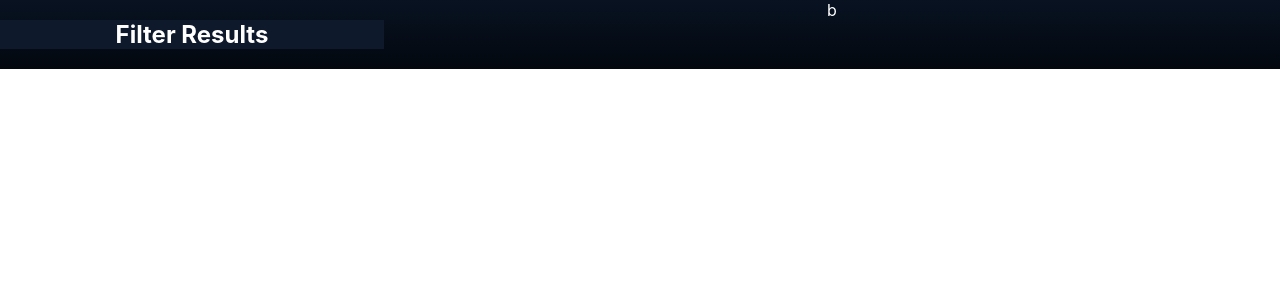
Repository: seyicoded/testestech
Page: /
An editor plug-in stored every save of this project. The page is shown before and after the next save, followed by the edit.
The browser window is 1280 px wide. The pictures show the whole page.
The project was rebuilt for these pictures with package versions that can differ from the ones it lists, and the page was loaded fresh each time.

Above is the page before, as saved 2022-02-07 13:37:10.

### src/App.js
import logo from './logo.svg';
import './App.css';

function App() {
  return (
    <div className="App">
      <div className="Container">

        <div className='left'>
          <div className='card'>
            <h2>Filter Results</h2>
          </div>
        </div>

        <div className='right'>
          b
        </div>

      </div>
    </div>
  );
}

export default App;

### src/App.css
.App {
  text-align: center;
  width: 100%;
  height: 100%;
  flex: 1;
}

/* .App-logo {
  height: 40vmin;
  pointer-events: none;
} */

/* @media (prefers-reduced-motion: no-preference) {
  .App-logo {
    animation: App-logo-spin infinite 20s linear;
  }
} */

/* .App-header {
  background-color: #282c34;
  min-height: 100vh;
  display: flex;
  flex-direction: column;
  align-items: center;
  justify-content: center;
  font-size: calc(10px + 2vmin);
  color: white;
} */

.App-link {
  color: #61dafb;
}

@keyframes App-logo-spin {
  from {
    transform: rotate(0deg);
  }
  to {
    transform: rotate(360deg);
  }
}

.Container{
  display: flex;
  flex: 1;
  height: 100%;
  width: 100%;
  flex-direction: row;
  /* background: Vertical linear-gradient #081221 to #03080f; */
  background: linear-gradient( to bottom,#081221, #03080f);
  padding: 15;
  color: white;
}

.Container .left{
  width: 30%;
  height: 100%;
}

.Container .right{
  flex: 1;
  height: 100%;
}

.Container .left .card{
  padding: 15;
  background: #0e1a2b;
}

Loaded but not shown: public/index.html (common file); src/index.js (common file); src/index.css (common file); src/reportWebVitals.js (common file)

After the next save:
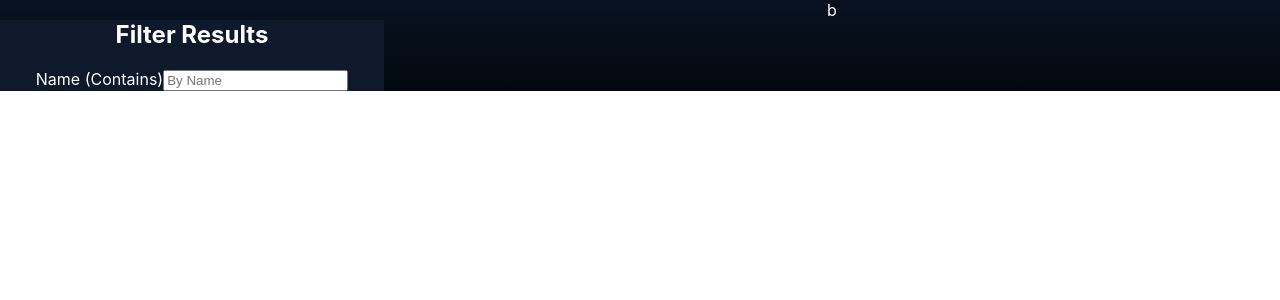
Saved 65 s later.
--- a/src/App.js
+++ b/src/App.js
@@ -9,6 +9,11 @@ function App() {
         <div className='left'>
           <div className='card'>
             <h2>Filter Results</h2>
+
+            <div>
+              <label>Name (Contains)</label>
+              <input placeholder='By Name'/>
+            </div>
           </div>
         </div>
 
